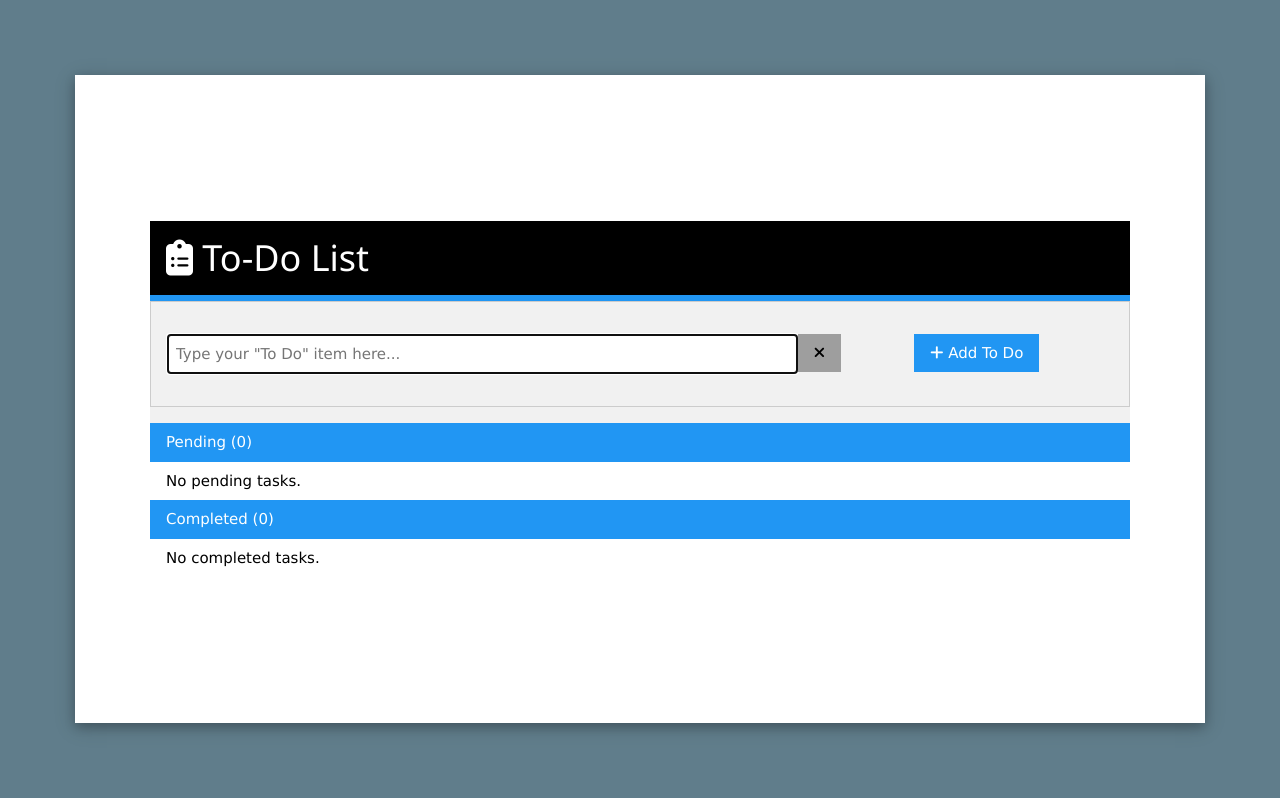
Repository: bclover/vue3-design-patterns-book
Page: /
These files come from the project's save history. The page is drawn as it stood at one moment and after the next save; the edit follows.
The browser window is 1280 px wide. The pictures show the whole page.
The project was rebuilt for these pictures with package versions that can differ from the ones it lists, and the page was loaded fresh each time. Also part of the build but not shown: vite.config.ts.

Above is the page before, as saved 2023-06-19 22:59:37.

### index.html
<!DOCTYPE html>
<html lang="en">
    <head>
        <meta charset="UTF-8" />
        <link rel="icon" type="image/svg+xml" href="/vite.svg" />
        <link rel="stylesheet" href="/css/w3.css" />
        <link rel="stylesheet" href="/css/fontawesome.min.css" />
        <link rel="stylesheet" href="/css/solid.min.css" />
        <link rel="stylesheet" href="/css/brands.min.css" />
        <meta name="viewport" content="width=device-width, initial-scale=1.0" />
        <title>To Do</title>
    </head>
    <body>
        <div id="app"></div>
        <script type="module" src="/src/main.ts"></script>
    </body>
</html>

### src/App.vue
<script lang="ts" setup>
import ToDos from './components/ToDos.vue';
</script>

<template>
  <div class="app w3-blue-gray">
    <ToDos></ToDos>
  </div>
</template>

<style scoped>
.app {
  display: flex;
  justify-content: center;
  width: 100vw;
  min-height: 100vh;
  padding: 5rem;
}
</style>

### src/components/ToDos.vue
<script lang="ts" setup>
import { computed, ref } from 'vue';

interface ToDo {
  id: number;
  text: string;
  checked: boolean;
}
const _todo_text = ref('');
const _todo_list = ref<ToDo[]>([]);
const _pending = computed(() => {
  return _todo_list.value.filter((todo: ToDo) => !todo.checked);
});
const _done = computed(() => {
  return _todo_list.value.filter((todo: ToDo) => todo.checked);
});
function clearToDo(): void {
  _todo_text.value = '';
}
function addToDo() {
  if (_todo_text.value && _todo_text.value !== '') {
    _todo_list.value.push({
      id: new Date().valueOf(),
      text: _todo_text.value,
      checked: false,
    });
    clearToDo();
  }
}
</script>

<template>
  <div class="todo-container w3-white w3-card-4">
    <!-- Header -->
    <div class="w3-container w3-black w3-margin-0 w3-bottombar w3-border-blue">
      <h1>
        <i class="fa-solid fa-clipboard-list"></i>
        To-Do List
      </h1>
    </div>

    <!-- Remove & Add Buttons -->
    <div
      class="w3-container flex-container w3-light-gray w3-padding-32 w3-center w3-border"
    >
      <input
        class="w3-input w3-twothird w3-border"
        type="text"
        autofocus
        v-model="_todo_text"
        @keyup.enter="addToDo()"
        placeholder='Type your "To Do" item here...'
      />
      <button
        class="w3-button w3-gray w3-third"
        style="width: 43px"
        @click="clearToDo()"
      >
        <i class="fa-solid fa-times"></i>
      </button>
      <button class="w3-button w3-blue" @click="addToDo()">
        <i class="fa-solid fa-plus"></i>
        Add To Do
      </button>
    </div>

    <div
      class="w3-container flex-container w3-light-gray w3-padding w3-center"
    ></div>

    <!-- Pending Todos Heading -->
    <div class="w3-padding w3-blue">Pending ({{ _pending.length }})</div>

    <!-- List of Pending Todos -->
    <div class="w3-padding" v-for="todo in _pending" :key="todo.id">
      <label>
        <input type="checkbox" v-model="todo.checked" />
        <span class="w3-margin-left">
          {{ todo.text }}
        </span>
      </label>
    </div>

    <!-- No Pending Tasks -->
    <div class="w3-padding" v-show="_pending.length == 0">
      No pending tasks.
    </div>

    <!-- Completed Todos Heading -->
    <div class="w3-padding w3-blue">Completed ({{ _done.length }})</div>

    <!-- List of Completed Todos -->
    <div class="w3-padding" v-for="todo in _done" :key="todo.id">
      <label>
        <input type="checkbox" v-model="todo.checked" />
        <span class="w3-margin-left">
          {{ todo.text }}
        </span>
      </label>
    </div>

    <!-- No Completed Todos -->
    <div class="w3-padding" v-show="_done.length == 0">No completed tasks.</div>
  </div>
</template>

<style scoped>
.todo-container {
  display: flex;
  flex-direction: column;
  justify-content: center;
  width: 90vw;
  min-height: 90vh;
  padding: 5rem;
}
</style>

Loaded but not shown: src/main.ts (common file); public/css/w3.css (library); public/css/fontawesome.min.css (library); public/css/solid.min.css (common file); public/css/brands.min.css (library)

After the next save:
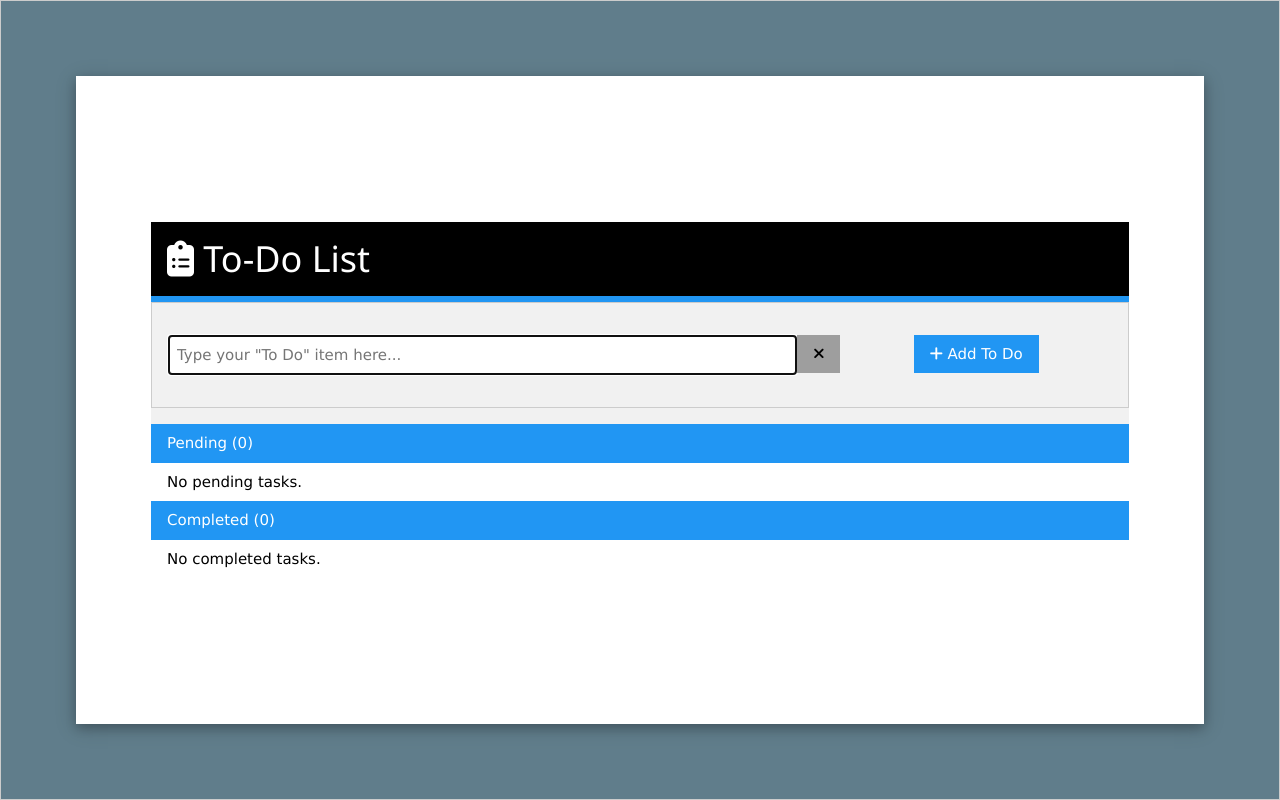
Saved 28 s later.
--- a/src/App.vue
+++ b/src/App.vue
@@ -3,7 +3,7 @@ import ToDos from './components/ToDos.vue';
 </script>
 
 <template>
-  <div class="app w3-blue-gray">
+  <div class="app w3-blue-gray w3-border">
     <ToDos></ToDos>
   </div>
 </template>
